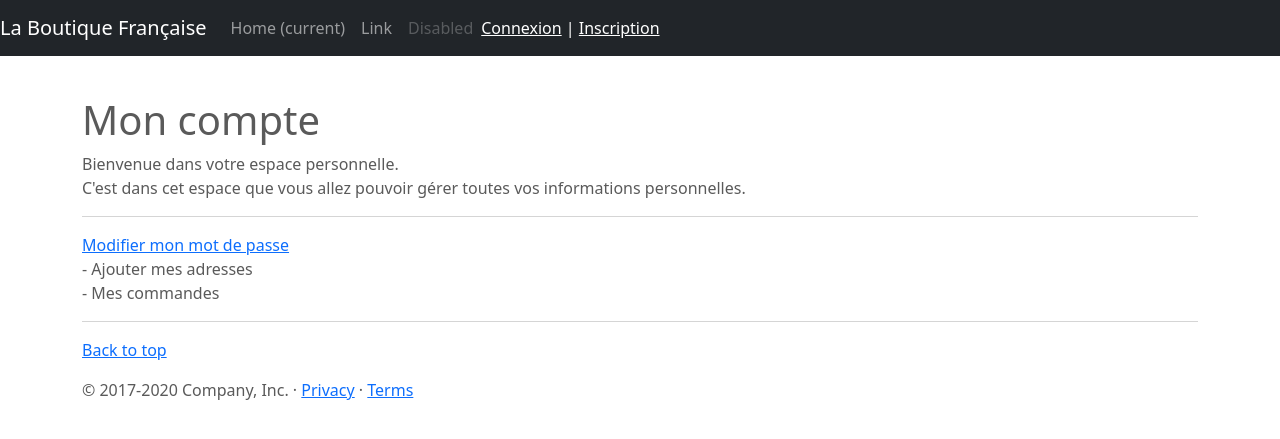
Repository: Coulibaly00180/laboutiquefrancaise
Page: templates/account/index.html.twig
The author's editor kept a copy of each file at every save. The page is drawn from the files as they stood at one save, then again after the next save.
The browser window is 1280 px wide. The pictures show the whole page.
The page is a Twig template of a Symfony application; nobody is signed in and links lead nowhere. The template is opened directly, without the code that normally fills it, so the values that code supplies are empty.

Above is the page before, as saved 2023-03-03 17:40:45.

After the next save:
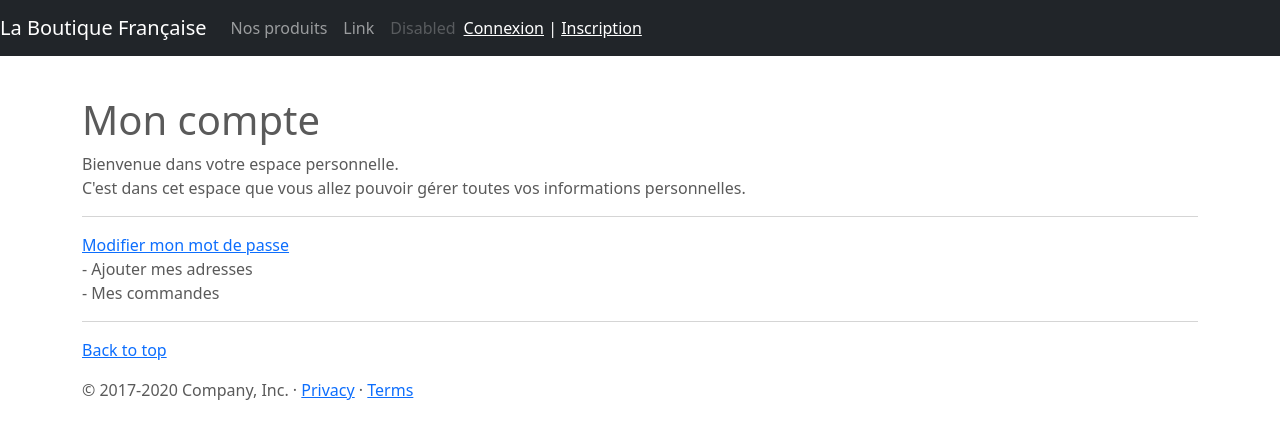
Saved 83 s later.
--- a/templates/base.html.twig
+++ b/templates/base.html.twig
@@ -41,7 +41,7 @@
             <div class="collapse navbar-collapse" id="navbarCollapse">
                 <ul class="navbar-nav mr-auto">
                     <li class="nav-item active">
-                        <a class="nav-link" href="#">Home <span class="sr-only">(current)</span></a>
+                        <a class="nav-link" href="#">Nos produits</a>
                     </li>
                     <li class="nav-item">
                         <a class="nav-link" href="#">Link</a>
